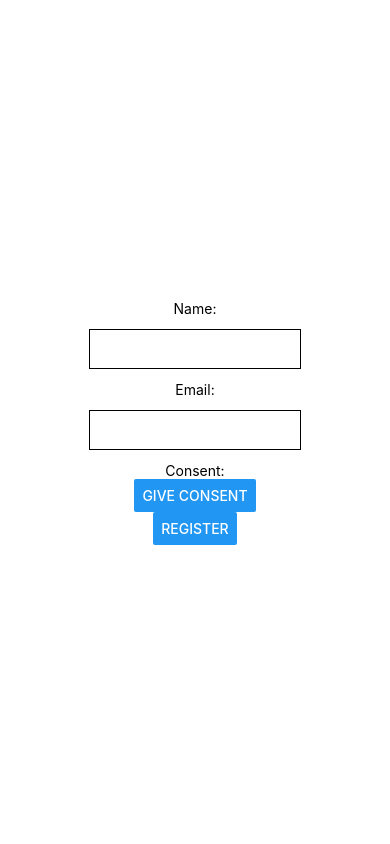
Repository: mortiestmorty1/recordings-app
Screen: / (app in frontend/)
The author's editor kept a copy of each file at every save. The screen is drawn from the files as they stood at one save, then again after a run of saves.
The app was drawn by React Native's web renderer in a window 390 px wide. The project was rebuilt for these pictures with package versions that can differ from the ones it lists, and the page was loaded fresh each time.

Above is the screen before, as saved 2024-03-07 21:00:49.

After the next 3 saves:
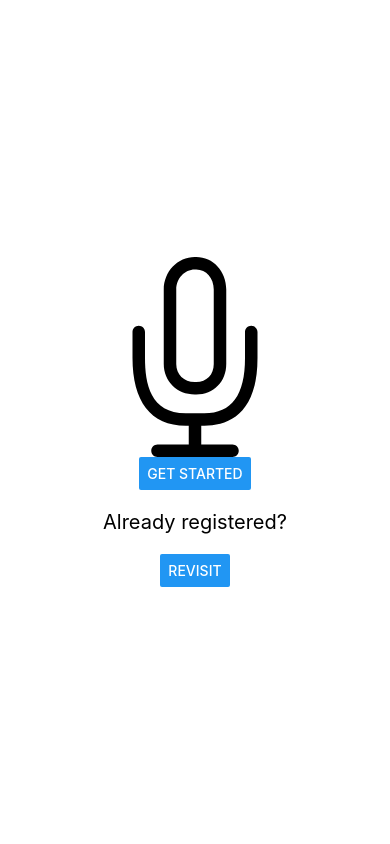
The 3 saves are shown as one change because 2 did not build or start.
The last was saved 7 min 24 s later.
--- a/frontend/App.js
+++ b/frontend/App.js
@@ -1,6 +1,8 @@
 import { StatusBar } from 'expo-status-bar';
 import { StyleSheet, View } from 'react-native';
-import RegisterUser from './components/registerUser.js'; // Adjust the path as necessary
+import RegisterUser from './components/registerUser.js';
+import React from 'react';
+import FirstScreen from './components/firstscreen.js';
 
 export default function App() {
   const handleRegistrationSuccess = (userData) => {
@@ -9,7 +11,8 @@ export default function App() {
 
   return (
     <View style={styles.container}>
-      <RegisterUser onSubmit={handleRegistrationSuccess} />
+      <FirstScreen />
+      {/* <RegisterUser onSubmit={handleRegistrationSuccess} /> */}
       <StatusBar style="auto" />
     </View>
   );
--- a/frontend/components/firstscreen.js
+++ b/frontend/components/firstscreen.js
@@ -1,5 +1,5 @@
 import React, { useState } from 'react';
-import { Text, Button, StyleSheet , Image } from 'react-native';
+import {View, Text, Button, StyleSheet , Image } from 'react-native';
 
 const FirstScreen = () => {
     return (
@@ -8,9 +8,9 @@ const FirstScreen = () => {
                 style={styles.logo}
                 source={require('../assets/mic.svg')}
             />
-            <Button title="Get Started" onPress={handleRegistration} />
+            <Button title="Get Started"/>
             <Text style={styles.text}>Already registered?</Text>
-            <Button title="Revisit" onPress={handleRegistration} />
+            <Button title="Revisit"/>
         </View>
     );
 }
